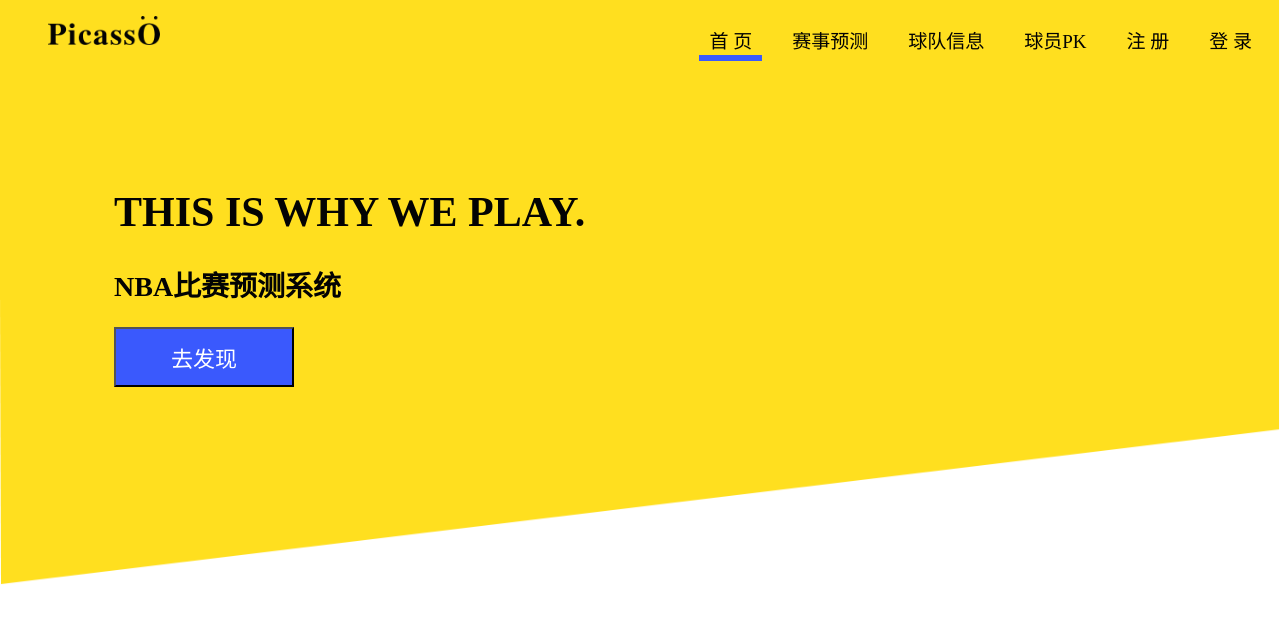
Repository: cciixx/nba-prediction-sys
Page: public/first.html
An editor plug-in stored every save of this project. The page is shown before and after the next save, followed by the edit.
The browser window is 1280 px wide. The pictures show the whole page.

Above is the page before, as saved 2020-04-03 20:25:45.

After the next save:
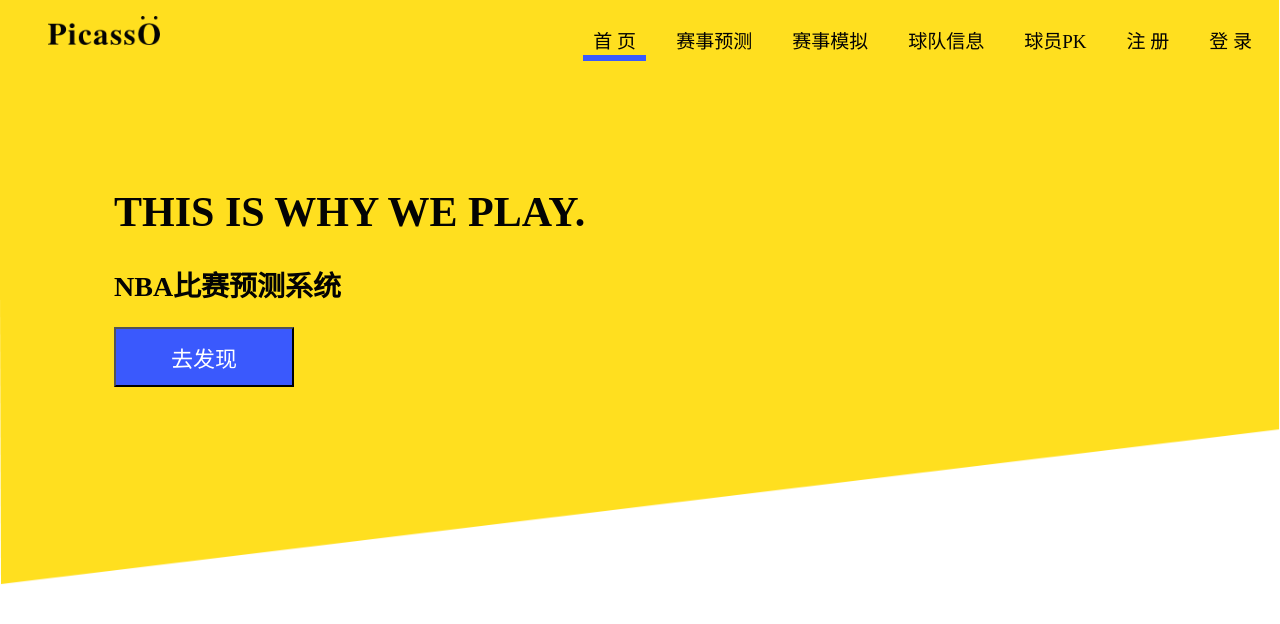
Saved 23 s later.
--- a/public/first.html
+++ b/public/first.html
@@ -1,54 +1,34 @@
-<!DOCTYPE html>
-<html lang="en, zh">
-  <head>
-    <meta charset="utf-8" />
-    <title>NBA预测系统-首页</title>
-    <link href="/css/navl.css" rel="stylesheet" type="text/css" />
-    <style>
-      body {
-        background-image: url(/images/half_yellow.png);
-      }
-    </style>
-  </head>
+<!doctype html>
+<html>
+<head>
+<meta charset="utf-8">
+<title>NBA预测系统-首页</title>
+	<link  href="css/navl.css" rel="stylesheet" type="text/css">
+	<style>
+		body{background-image: url(images/half_yellow.png);}
+	</style>
+</head>
 
-  <body>
-    <div>
-      <header>
-        <ul class="navl">
-          <li><a href="login.html">登 录</a></li>
-          <li><a href="register.html">注 册</a></li>
-          <li><a href="PK_index.html">球员PK</a></li>
-          <li><a href="team_index.html">球队信息</a></li>
-          <li><a href="predict.html">赛事预测</a></li>
-          <li style="border-bottom: 6px solid #3a59fd;">
-            <a href="first.html">首 页</a>
-          </li>
-          <img src="/images/logo.png" alt="PicassÖ" />
-        </ul>
-      </header>
-    </div>
+<body>
+	<div>
+	<ul class='navl'>
+		<li><a href="login.html">登 录</a></li>
+		<li><a href="register.html">注 册</a></li>
+		<li><a href="PK_index.html">球员PK</a></li>
+		<li><a href="team.html">球队信息</a></li>
+		<li><a href="live_index.html">赛事模拟</a></li>
+		<li><a href="predict.html">赛事预测</a></li>
+		<li style="border-bottom: 6px solid #3a59fd;"><a href="first.html">首 页</a></li>
+		<img src="images/logo.png">
+	</ul></div>
 
-    <div>
-      <main>
-        <fildset style="position: absolute;top: 160px;left: 114px;">
-          <div>
-            <h1 style="font-size: 42px;color: #030303;">
-              THIS IS WHY WE PLAY.
-            </h1>
-          </div>
-          <div>
-            <h2 style="font-size: 28px;color: #030303;">NBA比赛预测系统</h2>
-          </div>
-          <a href="predict.html"
-            ><input
-              class="btn"
-              type="button"
-              name="button"
-              value="去发现"
-              style="font-size:22px;width:180px;height: 60px;"
-          /></a>
-        </fildset>
-      </main>
-    </div>
-  </body>
+	<div>
+		<fildset style="position: absolute;top: 160px;left: 114px;">
+		<div><h1 style="font-size: 42px;color: #030303;">THIS IS WHY WE PLAY.</h1></div>
+		<div><h2 style="font-size: 28px;color: #030303;">NBA比赛预测系统</h2></div>
+		<a href="predict.html"><input class="btn" type="button" name="button" value="去发现" style="font-size:22px;width:180px;height: 60px;"></a>
+		</fildset></div>
+
+
+</body>
 </html>
